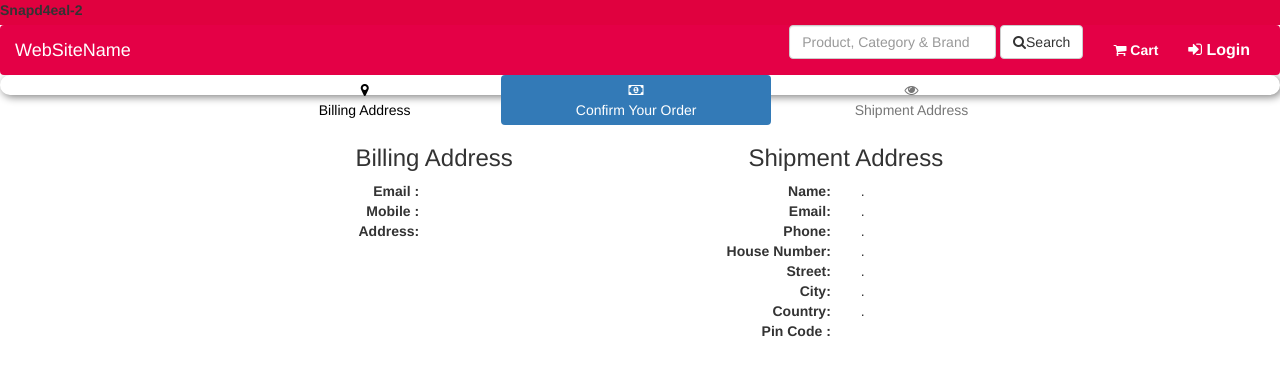
Repository: Aryans26/project
Page: http://localhost/frontend/WEB-INF/views/orderconfirm.jsp
These files come from the project's save history. The page is drawn as it stood at one moment and after the next save; the edit follows.
The browser window is 1280 px wide. The pictures show the whole page.
Some web libraries are served in a nearby version. The page is served by Tomcat 9. Nobody is signed in. Other server files are loaded and not shown. The template is opened directly, without the code that normally fills it, so the values that code supplies are empty.

Above is the page before, as saved 2017-06-21 10:09:23.

### frontend/src/main/webapp/WEB-INF/views/orderconfirm.jsp
<%@ taglib prefix="c" uri="http://www.springframework.org/tags"%>
<%@ taglib prefix="form" uri="http://www.springframework.org/tags/form"%>
<!doctype html>
<html>
<head>
<c:url value="/resource" var="res" />

<!-- <link rel="stylesheet" ref="https://maxcdn.bootstrapcdn.com/bootstrap/3.3.7/css/bootstrap.min.css"> -->
<script
	src="https://ajax.googleapis.com/ajax/libs/jquery/3.2.1/jquery.min.js"></script>
<script
	src="https://maxcdn.bootstrapcdn.com/bootstrap/3.3.7/js/bootstrap.min.js"></script>
<link rel="stylesheet" href="${res}/css/bootstrap.min.css" />
<link rel="stylesheet" href="${res}/css/style.css" />
<link rel="stylesheet" href="${res}/css/font-awesome/css/font-awesome.min.css" />

</head>
<body>
	<%@include file="navbar.jsp"%>

<div class="Container box-shadow border-radius">
<div class="row col-md-10 col-lg-8 col-lg-offset-2">
       <form method="post" action="shop-checkout4.html">
                                <ul class="nav nav-pills nav-justified">
                                    <li ><a href="<c:url value="/previous"/>"><i class="fa fa-map-marker"></i><br>Billing Address</a></li>
                                    <li class="active"><a href="<c:url value="/pay"/>"><i class="fa fa-money"></i><br>Confirm Your Order</a></li>
                                    <li class="disabled"><a href="<c:url value="/orderconfirmation"/>"><i class="fa fa-eye"></i><br>Shipment Address</a></li>
                                </ul>
</form>
</div>
<br>
<div class="col-md-10 col-lg-8 col-lg-offset-2 ">
<div class="col-md-6 col-sm-6 billing-add">
		<h3 class="text-center">Billing Address</h3>
<!-- 		<div class="row"> -->
<!-- 		<div class="col-md-6 col-sm-6 b-r"><b>Name :</b></div> -->
<%-- 		<div class="col-md-6 col-sm-6">${billing.getU_name()} </div> --%>
<!-- 		</div> -->
		<div class="row">
		<div class="col-md-6 col-sm-6 b-r"><b>Email :</b></div>
		<div class="col-md-6 col-sm-6">${billing.getEmail()}</div>
		</div>
		<div class="row"><div class="col-md-6 col-sm-6 b-r"><b>Mobile :</b></div><div class="col-md-6 col-sm-6">${billing.getPhone()}</div></div>
		<div class="row"><div class="col-md-6 col-sm-6 b-r"><b>Address:</b></div><div class="col-md-6 col-sm-6">${billing.getHouse_no()}<br>
		${billing.getStreet_name()}<br>${billing.getCity()}<br>${billing.getState()}<br>${billing.getCountry()}<br>
		${billing.getPincode()}<br>
		</div></div>

		</div>
	<div class="col-md-6 col-sm-6 billing-add">
	     <h3 class="text-center">Shipment Address</h3>

                                               <div class="row" ><div class="col-md-6 col-sm-6 b-r"><b>Name:</b></div> <div class="col-md-6 col-sm-6 ">${shippingAddress.getShip_name()}  .</div></div>
                                                <div class="row" ><div class="col-md-6 col-sm-6 b-r"><b>Email:</b></div><div class="col-md-6 col-sm-6">${shippingAddress.getShip_email()} .</div></div>
                                               <div class="row" ><div class="col-md-6 col-sm-6 b-r"> <b>Phone:</b></div><div class="col-md-6 col-sm-6 ">${shippingAddress.getShip_mono()} .</div></div>
                                                 <div class="row" ><div class="col-md-6 col-sm-6 b-r"> <b>House Number:</b></div><div class="col-md-6 col-sm-6 ">${shippingAddress.getShip_houseno()} .</div></div>
                                               <div class="row" ><div class="col-md-6 col-sm-6 b-r"> <b>Street:</b></div><div class="col-md-6 col-sm-6 ">${shippingAddress.getShip_streetname()} .</div></div>
                                              <div class="row"  ><div class="col-md-6 col-sm-6 b-r"><b>City:</b></div><div class="col-md-6 col-sm-6 ">${shippingAddress.getShip_city()} .</div></div>
                                               <div class="row" ><div class="col-md-6 col-sm-6 b-r"> <b>Country:</b></div><div class="col-md-6 col-sm-6 ">${shippingAddress.getShip_country()} .</div></div>
                                                <div class="row" ><div class="col-md-6 col-sm-6 b-r"><b>Pin Code :</b></div><div class="col-md-6 col-sm-6 ">${shippingAddress.getShip_pincode()}</div></div>



</div>
                                                 </div>
                                                 </div>

</body>

</html>

### frontend/src/main/webapp/WEB-INF/views/navbar.jsp
<%@ taglib prefix="c" uri="http://www.springframework.org/tags"%>
<%@ taglib prefix="form" uri="http://www.springframework.org/tags/form"%>
<%@ taglib prefix="security" uri="http://www.springframework.org/security/tags" %>
<%@ taglib prefix="c1" uri="http://java.sun.com/jsp/jstl/core"%>
<!DOCTYPE html >
<html>
<head>
<meta http-equiv="Content-Type" content="text/html; charset=ISO-8859-1">
<title>Insert title here</title>
</head>
<body>
	<div class="headder">
		<b>Snapd4eal-2</b>
	</div>

	<nav class="navbar navbar-default" style="color: white;">
		<div class="container-fluid">
			<div class="navbar-header">
				<button type="button" class="navbar-toggle" data-toggle="collapse" data-target="#myNavbar">
					<span class="icon-bar"></span> <span class="icon-bar"></span>
					<span class="icon-bar"></span>
				</button>
				<a class="navbar-brand" href="<c:url value="/"/>"
					style="color: white;">WebSiteName</a>
				<form class="navbar-form navbar-right visible-sm visible-xs">
					<div class="form-group">
						<input type="text" class="form-control"
							placeholder="Product, Category & Brand">
					</div>
					<button type="submit" class="btn btn-default">
						<i class="fa fa-search"></i>Search
					</button>

				</form>
			</div>
			<div class="collapse navbar-collapse" id="myNavbar">
			<c1:if test="${pageContext.request.userPrincipal.name!=null}">
			<security:authorize access="hasRole('ROLE_ADMIN')">
				<ul class="nav navbar-nav">
					<li style="color: white;"><a
						href="<c:url value="/category"/>">Add Category</a></li>
					<li style="color: white;"><a
						href="<c:url value="/addproduct"/>">Add Product</a></li>
					<li style="color: white;"><a
						href="<c:url value="/supplier"/>">Add Supplier</a></li>
<!-- 					<li style="color: white;"><a -->
<%-- 						href="<c:url value="/addcard"/>">Add Card</a></li> --%>

				</ul>
				</security:authorize>
				</c1:if>
				<ul class="nav navbar-nav navbar-right">
					<li><a href="<c:url value="/viewcart"/>"><i class="fa fa-shopping-cart"></i>
							Cart</a></li>

					<li class="dropdown"><a href="#" class="dropbtn"><span
							class="fa fa-sign-in"></span>
							<c1:if test="${pageContext.request.userPrincipal.name==null}"> Login </c1:if>
							 <c1:if test="${pageContext.request.userPrincipal.name!=null}">  Logout</c1:if></a>

						<div class="dropdown-content">
							<a href="#">your account</a>
							<a href="#">your orders</a>
							<c1:if test="${pageContext.request.userPrincipal.name==null}">

							<a href="<c:url value="/users"/>" class="hvr-reg-bordertop" > new user ?<br>
							<b>register</b></a>
<%-- <a href="<c:url value="/login"/>"><button type="button" class="btn btn-danger" style="width: 90%; margin: 10px;">Login</button></a> --%>
							<button type="button" class="btn btn-danger" data-toggle="modal"
								data-target="#myModal" style="width: 90%; margin: 10px;">Login</button>
								</c1:if>

								<c1:if test="${pageContext.request.userPrincipal.name!=null}">
					<a href="<c:url value="/j_spring_security_logout"/>"><button type="button" class="btn btn-danger" >Logout</button></a>
								</c1:if>
						</div></li>

				</ul>
				<form class="navbar-form navbar-right hidden-sm hidden-xs">
					<div class="form-group">
						<input type="text" class="form-control"
							placeholder="Product, Category & Brand">
					</div>
					<button type="submit" class="btn btn-default">
						<i class="fa fa-search"></i>Search
					</button>

				</form>

			</div>
		</div>
	</nav>


	<!-- Modal -->
	<div class="modal fade" id="myModal" role="dialog">
		<div class="modal-dialog modal-lg">
			<div class="modal-content">
				<div class="modal-header">
					<button type="button" class="close" data-dismiss="modal">&times;</button>
					<h4 class="modal-title">Login</h4>
				</div>
				<div class="modal-body">
				<c1:url value="/j_spring_security_check" var="a"/>
					<form role="form" method="post" action="${a} ">
						<div class="form-group">
				<label for="email">Email address:</label>
				<input type="email" class="form-control" id="email" name="j_username" placeholder="Email Id">
						</div>
						<div class="form-group">
				<label for="pwd">Password:</label>
				 <input type="password" class="form-control" id="pwd" name="j_password" placeholder="Password">
						</div>
						<div class="checkbox">
							<label><input type="checkbox"> Remember me</label>
						</div>
						<a class="cursor" data-dismiss="modal" data-toggle="modal"
							data-target="#myModal1">new User ? <b>register</b></a>
						<button type="submit" class="btn btn-success">Submit</button>
					</form>
				</div>
				<div class="modal-footer">
					<button type="button" class="btn btn-default" data-dismiss="modal">Close</button>
				</div>
			</div>
		</div>
	</div>

</body>
</html>

### frontend/src/main/webapp/resource/css/style.css
@charset "utf-8";
/* CSS Document */
.headder {
	min-height: 25px;
	background-color: #E0013F;
}

.navbar-default, .navbar-default li {
	background-color: #e40046;
	color: white;
}

.navbar-default li a {
	color: #FFF;
	font-weight: bold;
}

.navbar-nav li:hover, .navbar-nav li:focus, .navbar-nav li:active {
	background-color: #333;
}

.navbar-nav dropdown:hover {
	background-color: #333;
}

.dropbtn {
	color: white;
	padding: 16px;
	font-size: 16px;
	border: none;
	cursor: pointer;
}

.
.dropdown:hover {
	background-color: #333;
	color: white;
	padding: 16px;
	font-size: 16px;
	border: none;
	cursor: pointer;
}

.dropdown {
	position: relative;
	display: inline-block;
}

.dropdown-content {
	display: none;
	position: absolute;
	background-color: #333;
	min-width: 160px;
	right: 5px;
	box-shadow: 0px 8px 16px 0px rgba(0, 0, 0, 0.2);
	z-index: 1;
}

.dropdown-content a {
	color: black;
	font-size: 14px !important;
	font-weight: normal !important;
	text-align: center;
	padding: 12px 16px;
	text-decoration: none;
	display: block;
}

.dropdown-content a:hover {
	background-color: #000;
}

.dropdown:hover .dropdown-content {
	display: block;
}

.dropdown:hover .dropbtn {
	background-color: #333;
}

.dropdown-content .hvr-reg-bordertop {
	border-top: 1px solid #999;
	padding-top: 20px;
	margin-bottom: 0;
	padding-bottom: 0;
}

.cursor {
	cursor: pointer;
}

.form-fill{
	max-width:500px;
	box-shadow:2px 2px 8px  grey;
	padding:30px 20px;
	margin:10px auto;
	border-radius:10px;
}

.form-list-table{
	border:2px solid grey;
	box-shadow:4px 4px 8px grey;
	border-radius:10px;
}
.head3{
	color:#e40046;
	font-weight:bold;
	text-align:center;
	text-shadow:2px 2px 4px grey;
}

.items-list-head > div{
	Color:red;
	text-align:center;
	font-weight:bolder;
	font-size:20px;
}
.items-list > div{
	border-top:1px solid grey;
	line-height:40px;
	text-align:center;
	font-weight:bold;
}

.box-shadow{
	border-radius:10px;
	box-shadow:2px 2px 8px grey;
}

.list-head{
	font-size:16px;
	font-weight:bold;
	text-shadow:1px 1px 1px grey;
}

.billing-add .b-r{
	text-align:right;
}

Loaded but not shown: frontend/src/main/webapp/resource/css/bootstrap.min.css (library); frontend/src/main/webapp/resource/css/font-awesome/css/font-awesome.min.css (library)

After the next save:
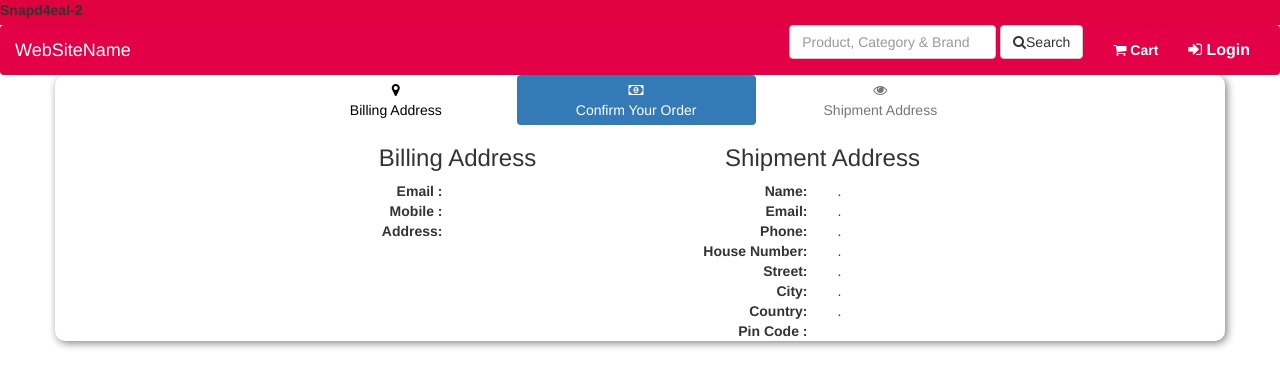
Saved 69 s later.
--- a/frontend/src/main/webapp/WEB-INF/views/orderconfirm.jsp
+++ b/frontend/src/main/webapp/WEB-INF/views/orderconfirm.jsp
@@ -18,7 +18,7 @@
 <body>
 	<%@include file="navbar.jsp"%>
 
-<div class="Container box-shadow border-radius">
+<div class="container box-shadow border-radius">
 <div class="row col-md-10 col-lg-8 col-lg-offset-2">
        <form method="post" action="shop-checkout4.html">
                                 <ul class="nav nav-pills nav-justified">
